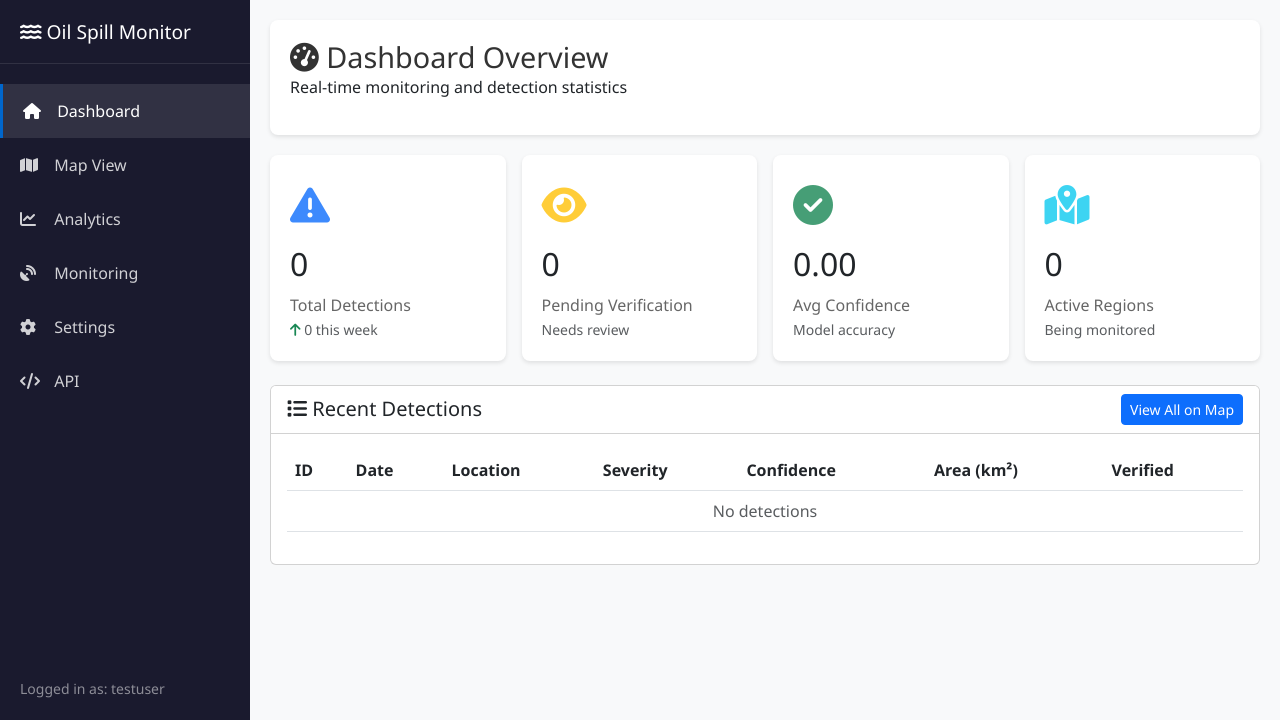
Repository: Olamilekan5177/Detection
Page: http://localhost/dashboard/
These files come from the project's save history. The page is drawn as it stood at one moment and after the next save; the edit follows.
The browser window is 1280 px wide. The pictures show the whole page.
The page is served by the project's application, run on Django 5.2 (manage.py). A made-up administrator, testuser (Test User, test@example.com), is signed in. Other server files are loaded and not shown. Queries for data that is not in the repository find no rows.

Above is the page before, as saved 2026-02-20 14:44:36.

### dashboard/templatetags/math_filters.py
from django import template

register = template.Library()


@register.filter
def multiply(value, arg):
    """Multiply value by arg."""
    try:
        return float(value) * float(arg)
    except (ValueError, TypeError):
        return 0


@register.filter
def divide(value, arg):
    """Divide value by arg."""
    try:
        if float(arg) == 0:
            return 0
        return float(value) / float(arg)
    except (ValueError, TypeError):
        return 0


@register.filter
def add_filter(value, arg):
    """Add arg to value."""
    try:
        return float(value) + float(arg)
    except (ValueError, TypeError):
        return 0


@register.filter
def subtract(value, arg):
    """Subtract arg from value."""
    try:
        return float(value) - float(arg)
    except (ValueError, TypeError):
        return 0


@register.filter
def get_lat(location):
    """Extract latitude from GeoJSON Point location."""
    try:
        if isinstance(location, dict):
            coords = location.get('coordinates', [0, 0])
            return round(coords[1], 6) if len(coords) > 1 else 0
        return 0
    except (ValueError, TypeError, KeyError):
        return 0


@register.filter
def get_lon(location):
    """Extract longitude from GeoJSON Point location."""
    try:
        if isinstance(location, dict):
            coords = location.get('coordinates', [0, 0])
            return round(coords[0], 6) if len(coords) > 0 else 0
        return 0
    except (ValueError, TypeError, KeyError):
        return 0


@register.filter
def format_coords(location):
    """Format location as 'Lat, Lon' string."""
    try:
        if isinstance(location, dict):
            coords = location.get('coordinates', [0, 0])
            if len(coords) >= 2:
                return f"{coords[1]:.4f}, {coords[0]:.4f}"
        return "Unknown"
    except (ValueError, TypeError, KeyError):
        return "Unknown"

### dashboard/templates/dashboard/index.html
{% extends 'dashboard/base.html' %} {% load static %} {% block title %}Dashboard
- Oil Spill Detection{% endblock %} {% block content %}
<div class="page-header">
  <h1><i class="fas fa-tachometer-alt"></i> Dashboard Overview</h1>
  <p>Real-time monitoring and detection statistics</p>
</div>

<!-- Statistics Cards -->
<div class="row g-3 mb-4">
  <div class="col-md-3">
    <div class="stat-card">
      <div class="icon text-primary">
        <i class="fas fa-exclamation-triangle"></i>
      </div>
      <h3>{{ total_detections }}</h3>
      <p>Total Detections</p>
      <small class="text-muted"
        ><i class="fas fa-arrow-up text-success"></i> {{ recent_detections }}
        this week</small
      >
    </div>
  </div>
  <div class="col-md-3">
    <div class="stat-card">
      <div class="icon text-warning"><i class="fas fa-eye"></i></div>
      <h3>{{ unverified_detections.count }}</h3>
      <p>Pending Verification</p>
      <small class="text-muted">Needs review</small>
    </div>
  </div>
  <div class="col-md-3">
    <div class="stat-card">
      <div class="icon text-success"><i class="fas fa-check-circle"></i></div>
      <h3>{{ avg_confidence|floatformat:2 }}</h3>
      <p>Avg Confidence</p>
      <small class="text-muted">Model accuracy</small>
    </div>
  </div>
  <div class="col-md-3">
    <div class="stat-card">
      <div class="icon text-info"><i class="fas fa-map-marked-alt"></i></div>
      <h3>{{ active_regions }}</h3>
      <p>Active Regions</p>
      <small class="text-muted">Being monitored</small>
    </div>
  </div>
</div>

<!-- Recent Detections -->
<div class="row g-3">
  <div class="col-md-12">
    <div class="card">
      <div
        class="card-header bg-white d-flex justify-content-between align-items-center"
      >
        <h5 class="mb-0"><i class="fas fa-list"></i> Recent Detections</h5>
        <a href="{% url 'dashboard:map' %}" class="btn btn-sm btn-primary"
          >View All on Map</a
        >
      </div>
      <div class="card-body">
        <div class="table-responsive">
          <table class="table table-hover">
            <thead>
              <tr>
                <th>ID</th>
                <th>Date</th>
                <th>Location</th>
                <th>Severity</th>
                <th>Confidence</th>
                <th>Area (km²)</th>
                <th>Verified</th>
              </tr>
            </thead>
            <tbody>
              {% for detection in unverified_detections %}
              <tr>
                <td>#{{ detection.id }}</td>
                <td>{{ detection.detection_date|date:"M d, Y H:i" }}</td>
                <td>
                  <span style="font-family: monospace; color: #374151">
                    {{ detection.latitude|floatformat:4 }}, {{
                    detection.longitude|floatformat:4 }}
                  </span>
                </td>
                <td>
                  <span class="badge badge-{{ detection.severity|lower }}">
                    {{ detection.get_severity_display }}
                  </span>
                </td>
                <td>{{ detection.confidence_score|floatformat:2 }}</td>
                <td>{{ detection.area_size|floatformat:2 }}</td>
                <td>
                  {% if detection.verified %}<span style="color: #10b981"
                    >✓ Yes</span
                  >{% else %}<span style="color: #ef4444">○ No</span>{% endif %}
                </td>
              </tr>
              {% empty %}
              <tr>
                <td colspan="7" class="text-center text-muted">
                  No detections
                </td>
              </tr>
              {% endfor %}
            </tbody>
          </table>
        </div>
      </div>
    </div>
  </div>
</div>
{% endblock %}

### dashboard/templates/dashboard/base.html
<!DOCTYPE html>
<html lang="en">
<head>
    <meta charset="UTF-8">
    <meta name="viewport" content="width=device-width, initial-scale=1.0">
    <title>{% block title %}Oil Spill Detection System{% endblock %}</title>

    <!-- CSS -->
    <link href="https://cdn.jsdelivr.net/npm/bootstrap@5.3.0/dist/css/bootstrap.min.css" rel="stylesheet">
    <link rel="stylesheet" href="https://unpkg.com/leaflet@1.9.4/dist/leaflet.css" />
    <link rel="stylesheet" href="https://cdnjs.cloudflare.com/ajax/libs/font-awesome/6.4.0/css/all.min.css">

    <style>
        :root {
            --primary-color: #0066cc;
            --danger-color: #dc3545;
            --warning-color: #ffc107;
            --success-color: #28a745;
            --dark-bg: #1a1a2e;
            --sidebar-width: 250px;
        }

        body {
            font-family: 'Segoe UI', Tahoma, Geneva, Verdana, sans-serif;
            background-color: #f8f9fa;
        }

        /* Sidebar */
        .sidebar {
            position: fixed;
            top: 0;
            left: 0;
            height: 100vh;
            width: var(--sidebar-width);
            background: var(--dark-bg);
            color: white;
            padding: 20px 0;
            overflow-y: auto;
            z-index: 1000;
        }

        .sidebar .logo {
            padding: 0 20px 20px;
            border-bottom: 1px solid rgba(255,255,255,0.1);
            margin-bottom: 20px;
        }

        .sidebar .logo h3 {
            font-size: 1.2rem;
            margin: 0;
        }

        .sidebar-menu {
            list-style: none;
            padding: 0;
            margin: 0;
        }

        .sidebar-menu li a {
            display: block;
            padding: 15px 20px;
            color: rgba(255,255,255,0.8);
            text-decoration: none;
            transition: all 0.3s;
        }

        .sidebar-menu li a:hover,
        .sidebar-menu li a.active {
            background: rgba(255,255,255,0.1);
            color: white;
            border-left: 3px solid var(--primary-color);
        }

        .sidebar-menu li a i {
            margin-right: 10px;
            width: 20px;
        }

        /* Main content */
        .main-content {
            margin-left: var(--sidebar-width);
            padding: 20px;
            min-height: 100vh;
        }

        /* Header */
        .page-header {
            background: white;
            padding: 20px;
            border-radius: 8px;
            margin-bottom: 20px;
            box-shadow: 0 2px 4px rgba(0,0,0,0.1);
        }

        .page-header h1 {
            margin: 0;
            font-size: 1.8rem;
            color: #333;
        }

        /* Cards */
        .stat-card {
            background: white;
            border-radius: 8px;
            padding: 20px;
            box-shadow: 0 2px 4px rgba(0,0,0,0.1);
            transition: transform 0.3s;
        }

        .stat-card:hover {
            transform: translateY(-5px);
            box-shadow: 0 4px 8px rgba(0,0,0,0.15);
        }

        .stat-card .icon {
            font-size: 2.5rem;
            opacity: 0.8;
        }

        .stat-card h3 {
            font-size: 2rem;
            margin: 10px 0;
        }

        .stat-card p {
            color: #666;
            margin: 0;
        }

        /* Severity badges */
        .badge-low { background: var(--success-color); }
        .badge-medium { background: var(--warning-color); color: #000; }
        .badge-high { background: #ff6b35; }
        .badge-critical { background: var(--danger-color); }

        /* Map container */
        .map-container {
            height: 600px;
            border-radius: 8px;
            overflow: hidden;
            box-shadow: 0 2px 4px rgba(0,0,0,0.1);
        }

        /* Responsive */
        @media (max-width: 768px) {
            .sidebar {
                transform: translateX(-100%);
                transition: transform 0.3s;
            }

            .sidebar.active {
                transform: translateX(0);
            }

            .main-content {
                margin-left: 0;
            }
        }
    </style>

    {% block extra_css %}{% endblock %}
</head>
<body>
    <!-- Sidebar -->
    <div class="sidebar">
        <div class="logo">
            <h3><i class="fas fa-water"></i> Oil Spill Monitor</h3>
        </div>

        <ul class="sidebar-menu">
            <li>
                <a href="{% url 'dashboard:home' %}" class="{% if request.resolver_match.url_name == 'home' %}active{% endif %}">
                    <i class="fas fa-home"></i> Dashboard
                </a>
            </li>
            <li>
                <a href="{% url 'dashboard:map' %}" class="{% if request.resolver_match.url_name == 'map' %}active{% endif %}">
                    <i class="fas fa-map"></i> Map View
                </a>
            </li>
            <li>
                <a href="{% url 'dashboard:analytics' %}" class="{% if request.resolver_match.url_name == 'analytics' %}active{% endif %}">
                    <i class="fas fa-chart-line"></i> Analytics
                </a>
            </li>
            <li>
                <a href="{% url 'dashboard:monitoring' %}" class="{% if request.resolver_match.url_name == 'monitoring' %}active{% endif %}">
                    <i class="fas fa-satellite-dish"></i> Monitoring
                </a>
            </li>
            <li>
                <a href="/admin/">
                    <i class="fas fa-cog"></i> Settings
                </a>
            </li>
            <li>
                <a href="/api/">
                    <i class="fas fa-code"></i> API
                </a>
            </li>
        </ul>

        <div style="position: absolute; bottom: 20px; left: 20px; right: 20px;">
            <small style="color: rgba(255,255,255,0.5);">
                Logged in as: {{ request.user.username }}
            </small>
        </div>
    </div>

    <!-- Main Content -->
    <div class="main-content">
        {% block content %}{% endblock %}
    </div>

    <!-- JavaScript -->
    <script src="https://cdn.jsdelivr.net/npm/bootstrap@5.3.0/dist/js/bootstrap.bundle.min.js"></script>
    <script src="https://unpkg.com/leaflet@1.9.4/dist/leaflet.js"></script>
    <script src="https://cdn.jsdelivr.net/npm/chart.js@4.4.0/dist/chart.umd.min.js"></script>

    {% block extra_js %}{% endblock %}
</body>
</html>

### config/urls.py
"""
URL configuration for config project.

The `urlpatterns` list routes URLs to views. For more information please see:
    https://docs.djangoproject.com/en/6.0/topics/http/urls/
Examples:
Function views
    1. Add an import:  from my_app import views
    2. Add a URL to urlpatterns:  path('', views.home, name='home')
Class-based views
    1. Add an import:  from other_app.views import Home
    2. Add a URL to urlpatterns:  path('', Home.as_view(), name='home')
Including another URLconf
    1. Import the include() function: from django.urls import include, path
    2. Add a URL to urlpatterns:  path('blog/', include('blog.urls'))
"""
from django.contrib import admin
from django.urls import path, include
from django.conf import settings
from django.conf.urls.static import static
from django.views.generic import RedirectView

urlpatterns = [
    path('', RedirectView.as_view(url='/admin/', permanent=False)),
    path('admin/', admin.site.urls),
    path('api/', include('detection.urls')),
    path('dashboard/', include('dashboard.urls')),
    path('accounts/', include('django.contrib.auth.urls')),
]

if settings.DEBUG:
    urlpatterns += static(settings.MEDIA_URL, document_root=settings.MEDIA_ROOT)
    urlpatterns += static(settings.STATIC_URL, document_root=settings.STATIC_ROOT)

### detection/urls.py
from django.urls import path, include
from rest_framework.routers import DefaultRouter
from . import views

router = DefaultRouter()
router.register(r'satellite-images', views.SatelliteImageViewSet)
router.register(r'detections', views.OilSpillDetectionViewSet)
router.register(r'monitoring-regions', views.MonitoringRegionViewSet)
router.register(r'alerts', views.AlertViewSet)

app_name = 'detection'

urlpatterns = [
    path('', include(router.urls)),
]

### dashboard/urls.py
from django.urls import path
from . import views

app_name = 'dashboard'

urlpatterns = [
    path('', views.dashboard_home, name='home'),
    path('detection/<int:detection_id>/', views.detection_detail, name='detection_detail'),
    path('analytics/', views.analytics, name='analytics'),
    path('map/', views.map_view, name='map'),
    path('monitoring/', views.monitoring, name='monitoring'),
]

Loaded but not shown: dashboard/views.py (208 lines, source omitted)

After the next save:
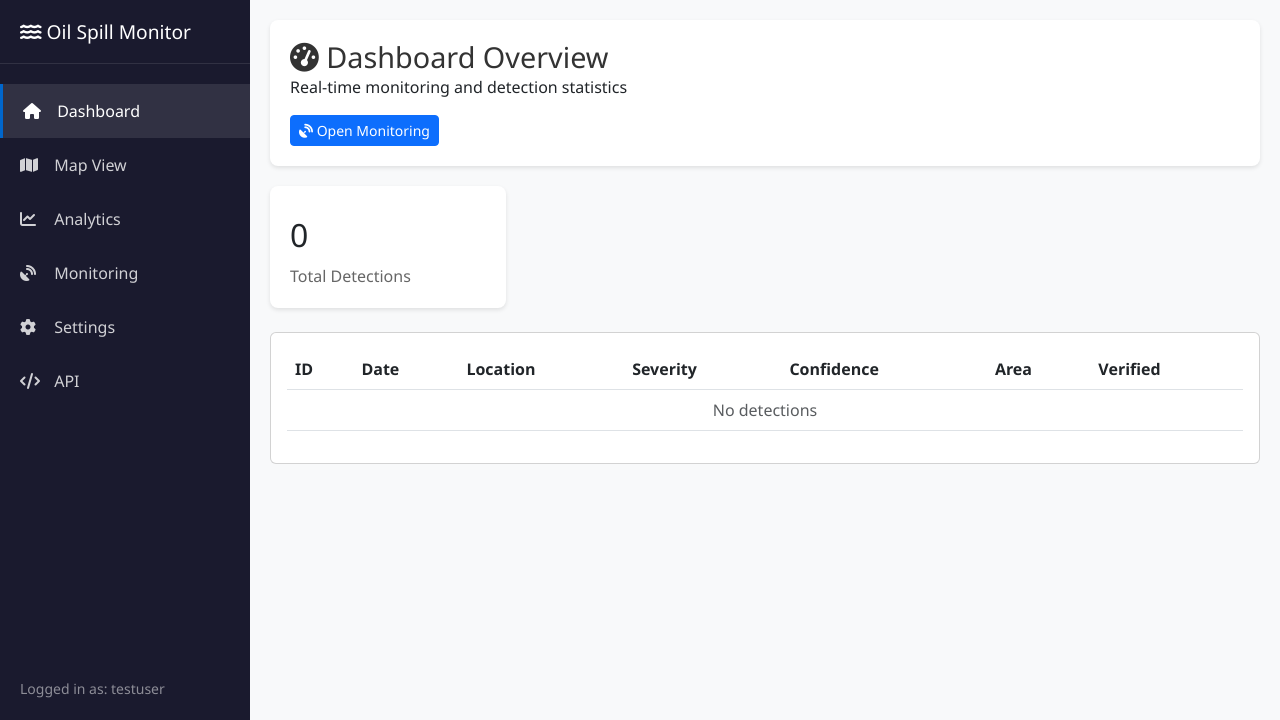
Saved 6 s later.
--- a/dashboard/templates/dashboard/index.html
+++ b/dashboard/templates/dashboard/index.html
@@ -1,113 +1,52 @@
-{% extends 'dashboard/base.html' %} {% load static %} {% block title %}Dashboard
-- Oil Spill Detection{% endblock %} {% block content %}
+{% extends 'dashboard/base.html' %}
+{% load static %}
+
+{% block title %}Dashboard - Oil Spill Detection{% endblock %}
+
+{% block content %}
 <div class="page-header">
   <h1><i class="fas fa-tachometer-alt"></i> Dashboard Overview</h1>
   <p>Real-time monitoring and detection statistics</p>
+  <div class="mt-2">
+    <a class="btn btn-primary btn-sm" href="{% url 'dashboard:monitoring' %}">
+      <i class="fas fa-satellite-dish"></i> Open Monitoring
+    </a>
+  </div>
 </div>
 
-<!-- Statistics Cards -->
 <div class="row g-3 mb-4">
   <div class="col-md-3">
     <div class="stat-card">
-      <div class="icon text-primary">
-        <i class="fas fa-exclamation-triangle"></i>
-      </div>
       <h3>{{ total_detections }}</h3>
       <p>Total Detections</p>
-      <small class="text-muted"
-        ><i class="fas fa-arrow-up text-success"></i> {{ recent_detections }}
-        this week</small
-      >
-    </div>
-  </div>
-  <div class="col-md-3">
-    <div class="stat-card">
-      <div class="icon text-warning"><i class="fas fa-eye"></i></div>
-      <h3>{{ unverified_detections.count }}</h3>
-      <p>Pending Verification</p>
-      <small class="text-muted">Needs review</small>
-    </div>
-  </div>
-  <div class="col-md-3">
-    <div class="stat-card">
-      <div class="icon text-success"><i class="fas fa-check-circle"></i></div>
-      <h3>{{ avg_confidence|floatformat:2 }}</h3>
-      <p>Avg Confidence</p>
-      <small class="text-muted">Model accuracy</small>
-    </div>
-  </div>
-  <div class="col-md-3">
-    <div class="stat-card">
-      <div class="icon text-info"><i class="fas fa-map-marked-alt"></i></div>
-      <h3>{{ active_regions }}</h3>
-      <p>Active Regions</p>
-      <small class="text-muted">Being monitored</small>
     </div>
   </div>
 </div>
 
-<!-- Recent Detections -->
 <div class="row g-3">
   <div class="col-md-12">
     <div class="card">
-      <div
-        class="card-header bg-white d-flex justify-content-between align-items-center"
-      >
-        <h5 class="mb-0"><i class="fas fa-list"></i> Recent Detections</h5>
-        <a href="{% url 'dashboard:map' %}" class="btn btn-sm btn-primary"
-          >View All on Map</a
-        >
-      </div>
       <div class="card-body">
-        <div class="table-responsive">
-          <table class="table table-hover">
-            <thead>
-              <tr>
-                <th>ID</th>
-                <th>Date</th>
-                <th>Location</th>
-                <th>Severity</th>
-                <th>Confidence</th>
-                <th>Area (km²)</th>
-                <th>Verified</th>
-              </tr>
-            </thead>
-            <tbody>
-              {% for detection in unverified_detections %}
-              <tr>
-                <td>#{{ detection.id }}</td>
-                <td>{{ detection.detection_date|date:"M d, Y H:i" }}</td>
-                <td>
-                  <span style="font-family: monospace; color: #374151">
-                    {{ detection.latitude|floatformat:4 }}, {{
-                    detection.longitude|floatformat:4 }}
-                  </span>
-                </td>
-                <td>
-                  <span class="badge badge-{{ detection.severity|lower }}">
-                    {{ detection.get_severity_display }}
-                  </span>
-                </td>
-                <td>{{ detection.confidence_score|floatformat:2 }}</td>
-                <td>{{ detection.area_size|floatformat:2 }}</td>
-                <td>
-                  {% if detection.verified %}<span style="color: #10b981"
-                    >✓ Yes</span
-                  >{% else %}<span style="color: #ef4444">○ No</span>{% endif %}
-                </td>
-              </tr>
-              {% empty %}
-              <tr>
-                <td colspan="7" class="text-center text-muted">
-                  No detections
-                </td>
-              </tr>
-              {% endfor %}
-            </tbody>
-          </table>
-        </div>
+        <table class="table table-hover">
+          <thead><tr><th>ID</th><th>Date</th><th>Location</th><th>Severity</th><th>Confidence</th><th>Area</th><th>Verified</th></tr></thead>
+          <tbody>
+            {% for detection in unverified_detections %}
+            <tr>
+              <td>#{{ detection.id }}</td>
+              <td>{{ detection.detection_date|date:"M d, Y H:i" }}</td>
+              <td><span style="font-family: monospace;">{{ detection.latitude|floatformat:4 }}, {{ detection.longitude|floatformat:4 }}</span></td>
+              <td><span class="badge badge-{{ detection.severity|lower }}">{{ detection.get_severity_display }}</span></td>
+              <td>{{ detection.confidence_score|floatformat:2 }}</td>
+              <td>{{ detection.area_size|floatformat:2 }}</td>
+              <td>{% if detection.verified %}<span style="color: #10b981;"></span>{% else %}<span style="color: #ef4444;"></span>{% endif %}</td>
+            </tr>
+            {% empty %}<tr><td colspan="7" class="text-center text-muted">No detections</td></tr>
+            {% endfor %}
+          </tbody>
+        </table>
       </div>
     </div>
   </div>
 </div>
+
 {% endblock %}
